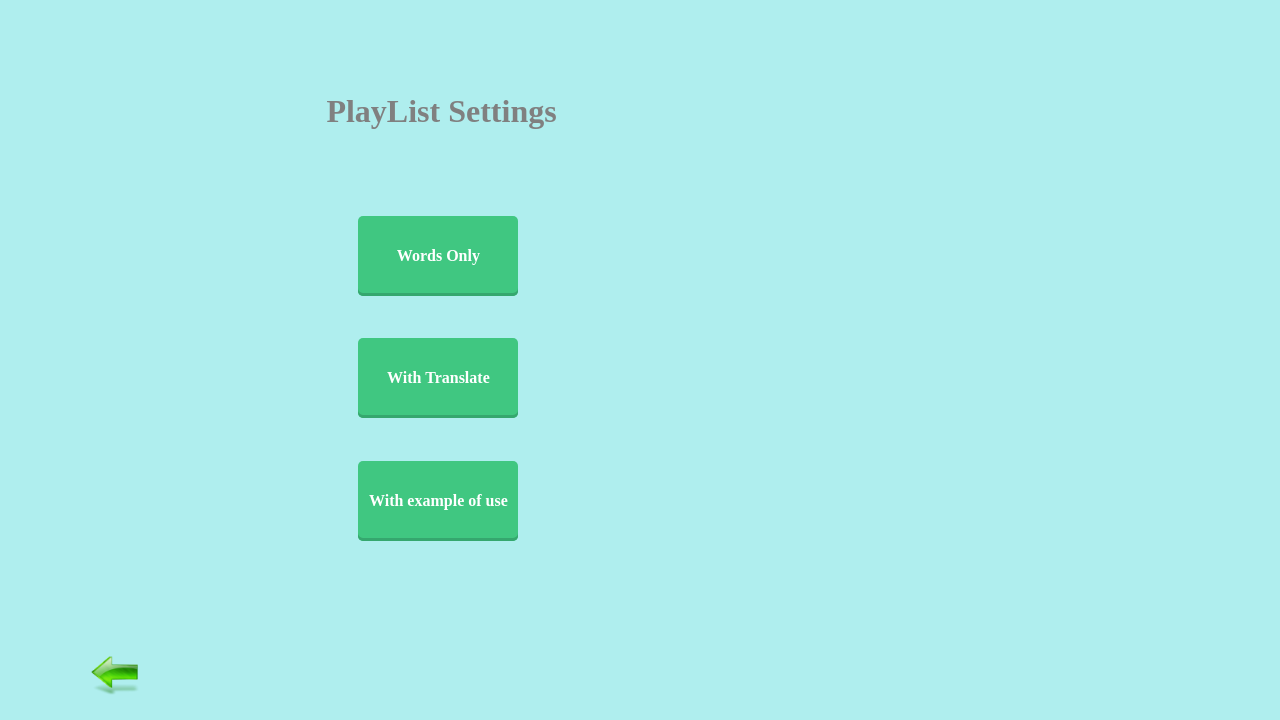
Repository: Artem-Brunov/msu_prac
Page: workspace/BasicUI/NewSettings.html
These files come from the project's save history. The page is drawn as it stood at one moment and after the next save; the edit follows.
The browser window is 1280 px wide. The pictures show the whole page.

Above is the page before, as saved 2017-11-20 02:33:50.

After the next save:
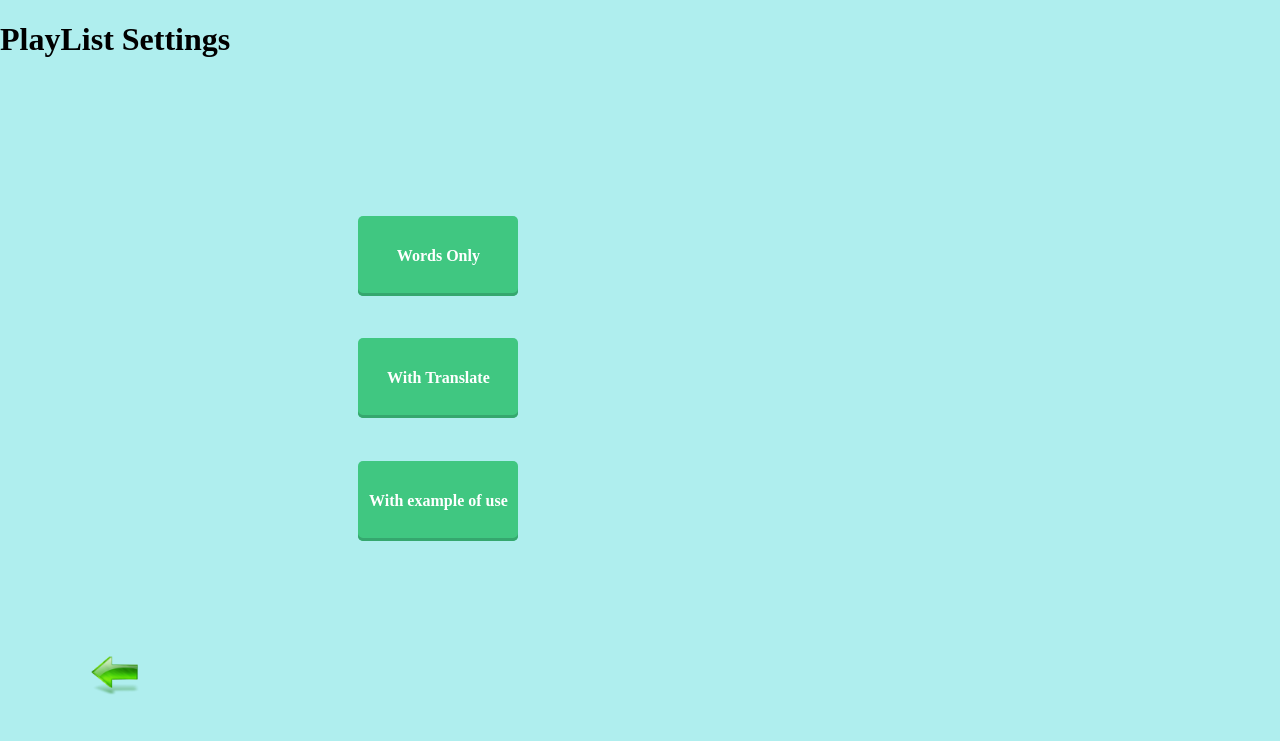
Saved 60 s later.
--- a/workspace/BasicUI/NewSettings.html
+++ b/workspace/BasicUI/NewSettings.html
@@ -11,7 +11,7 @@
 </head>
 <body>
 	<div class = "main">
-		<div class = "titl">
+		<div class = "Settings">
 			<h1>PlayList Settings</h1>
 		</div>
 		<div class = "FastPlay">
